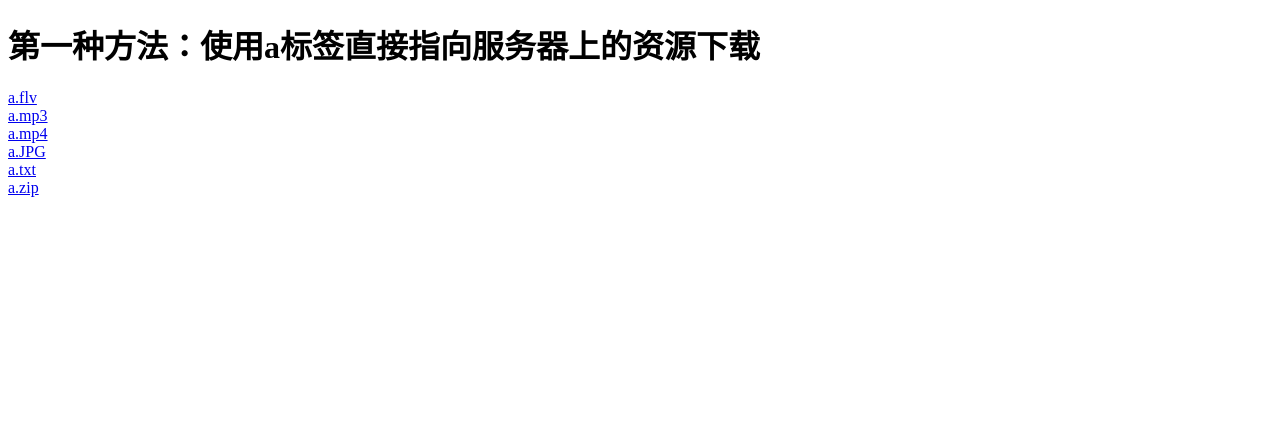
Repository: goodloving/javaproject
Page: HttpResponseStudy/WebContent/download.html
An editor plug-in stored every save of this project. The page is shown before and after the next save, followed by the edit.
The browser window is 1280 px wide. The pictures show the whole page.

Above is the page before, as saved 2018-11-12 12:56:46.

### HttpResponseStudy/WebContent/download.html
<!DOCTYPE html>
<html>
<head>
<meta charset="UTF-8">
<title>下载文件</title>
</head>
<body>
	<h1>第一种方法：使用a标签直接指向服务器上的资源下载</h1>
	<a href="/HttpResponseStudy/download/a.flv">a.flv</a><br/>
	<a href="/HttpResponseStudy/download/a.mp3">a.mp3</a><br/>
	<a href="/HttpResponseStudy/download/a.mp4">a.mp4</a><br/>
	<a href="/HttpResponseStudy/download/a.JPG">a.JPG</a><br/>
	<a href="/HttpResponseStudy/download/a.txt">a.txt</a><br/>
	<a href="/HttpResponseStudy/download/a.zip">a.zip</a><br/>

</body>
</html>

After the next save:
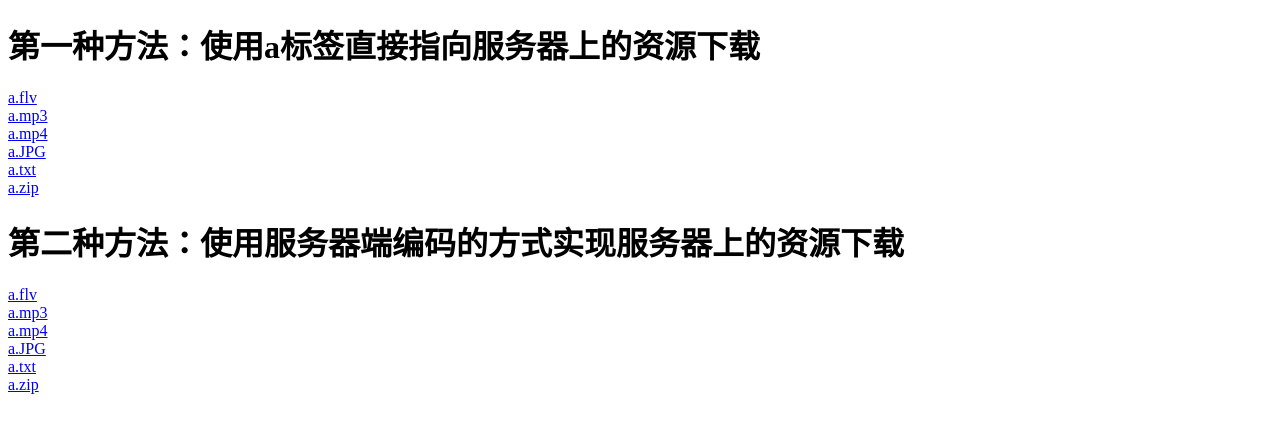
Saved 11 min 59 s later.
--- a/HttpResponseStudy/WebContent/download.html
+++ b/HttpResponseStudy/WebContent/download.html
@@ -13,5 +13,13 @@
 	<a href="/HttpResponseStudy/download/a.txt">a.txt</a><br/>
 	<a href="/HttpResponseStudy/download/a.zip">a.zip</a><br/>
 
+	<h1>第二种方法：使用服务器端编码的方式实现服务器上的资源下载</h1>
+	<a href="/HttpResponseStudy/download/a.flv">a.flv</a><br/>
+	<a href="/HttpResponseStudy/download/a.mp3">a.mp3</a><br/>
+	<a href="/HttpResponseStudy/download/a.mp4">a.mp4</a><br/>
+	<a href="/HttpResponseStudy/download/a.JPG">a.JPG</a><br/>
+	<a href="/HttpResponseStudy/download/a.txt">a.txt</a><br/>
+	<a href="/HttpResponseStudy/download/a.zip">a.zip</a><br/>
+
 </body>
 </html>
